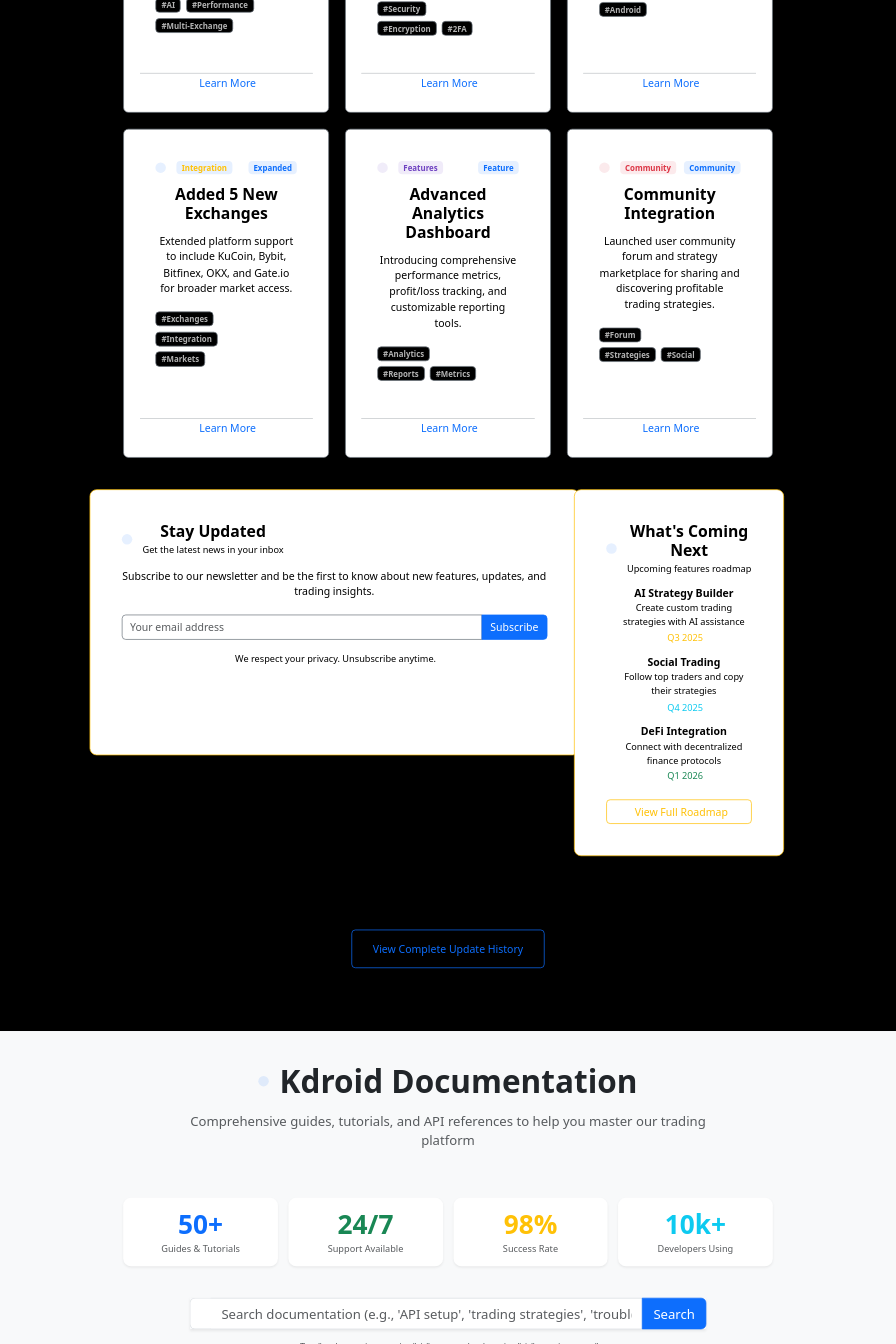
Repository: Kevin-Pro-Codes/halo-trading
Page: /
The author's editor kept a copy of each file at every save. The page is drawn from the files as they stood at one save, then again after the next save.
The browser window is 1280 px wide. The pictures show the part of the page from y = 3890 to 5810 px (the page is 19648 px tall), at 70% of full size.
The page's requests for data from a server got no answer. The project was rebuilt for these pictures with package versions that can differ from the ones it lists, and the page was loaded fresh each time. Some packages were replaced by stand-ins written for this rebuild. No one was signed in, and anything a server would have sent is missing. Also part of the build but not shown: vite.config.js, src/styles/DocStyle.css, src/styles/PricingStyle.css.

Above is the page before, as saved 2025-12-09 21:03:09.

### src/index.css
:root {
  font-family: system-ui, Avenir, Helvetica, Arial, sans-serif;
  line-height: 1.5;
  font-weight: 400;
  color-scheme: light dark;
  color: rgba(255, 255, 255, 0.87);
  background-color: #242424;
  font-synthesis: none;
  text-rendering: optimizeLegibility;
  -webkit-font-smoothing: antialiased;
  -moz-osx-font-smoothing: grayscale;
}

a {
  font-weight: 500;
  color: #646cff;
  text-decoration: inherit;
}
a:hover {
  color: #535bf2;
}


h1 {
  font-size: 3.2em;
  line-height: 1.1;
}

button {
  border-radius: 8px;
  border: 1px solid transparent;
  padding: 0.6em 1.2em;
  font-size: 1em;
  font-weight: 500;
  font-family: inherit;
  background-color: #1a1a1a;
  cursor: pointer;
  transition: border-color 0.25s;
}
button:hover {
  border-color: #646cff;
}
button:focus,
button:focus-visible {
  outline: 4px auto -webkit-focus-ring-color;
}

### src/Navbar.jsx
import React from 'react';
import haloLogo from './assets/halo.png';



const Navbar = ({ showHamburger, menuOpen, setMenuOpen }) => {
  return (
    <nav className="navbar">
      <div className="nav-content">
        <div className="nav-brand">
          <img src={haloLogo} alt="Trading Bot Logo" className="logo-img" />
        </div>

        {showHamburger ? (
          <div className="hamburger-container">
            <button
              className={`hamburger-btn ${menuOpen ? 'active' : ''}`}
              onClick={() => setMenuOpen(!menuOpen)}
              aria-label="Menu"
            >
              <span></span>
              <span></span>
              <span></span>
            </button>
          </div>
        ) : (
          <div className="nav-links">
            <button className="nav-btn">Home</button>
            <button className="nav-btn">About</button>
            <button className="nav-btn">Products</button>
            <button className="nav-btn">Contact</button>
          </div>
        )}
      </div>

      {showHamburger && menuOpen && (
        <div className="mobile-menu">
          <button className="nav-btn">Home</button>
          <button className="nav-btn">About</button>
          <button className="nav-btn">Products</button>
          <button className="nav-btn">Contact</button>
        </div>
      )}
    </nav>
  );
};

export default Navbar;

### src/components/LatestSection.jsx
import React from 'react';

const LatestSection = () => {
  const updates = [
    {
      id: 1,
      title: "Version 3.0 Launched",
      description: "Major platform upgrade with AI-powered trading signals, enhanced backtesting, and multi-exchange arbitrage capabilities.",
      category: "Platform Update",
      date: "June 2025",
      icon: "bi-rocket-takeoff-fill",
      color: "primary",
      badge: "New",
      tags: ["AI", "Performance", "Multi-Exchange"]
    },
    {
      id: 2,
      title: "Enhanced Security Framework",
      description: "Implemented advanced API key encryption, multi-factor authentication, and real-time threat detection systems.",
      category: "Security",
      date: "May 2025",
      icon: "bi-shield-check",
      color: "success",
      badge: "Enhanced",
      tags: ["Security", "Encryption", "2FA"]
    },
    {
      id: 3,
      title: "Mobile App 2.0 Released",
      description: "Redesigned mobile application with real-time notifications, advanced charting, and one-click trade execution.",
      category: "Mobile",
      date: "April 2025",
      icon: "bi-phone-fill",
      color: "info",
      badge: "Update",
      tags: ["Mobile", "iOS", "Android"]
    },
    {
      id: 4,
      title: "Added 5 New Exchanges",
      description: "Extended platform support to include KuCoin, Bybit, Bitfinex, OKX, and Gate.io for broader market access.",
      category: "Integration",
      date: "March 2025",
      icon: "bi-arrow-left-right",
      color: "warning",
      badge: "Expanded",
      tags: ["Exchanges", "Integration", "Markets"]
    },
    {
      id: 5,
      title: "Advanced Analytics Dashboard",
      description: "Introducing comprehensive performance metrics, profit/loss tracking, and customizable reporting tools.",
      category: "Features",
      date: "February 2025",
      icon: "bi-graph-up",
      color: "purple",
      badge: "Feature",
      tags: ["Analytics", "Reports", "Metrics"]
    },
    {
      id: 6,
      title: "Community Integration",
      description: "Launched user community forum and strategy marketplace for sharing and discovering profitable trading strategies.",
      category: "Community",
      date: "January 2025",
      icon: "bi-people-fill",
      color: "danger",
      badge: "Community",
      tags: ["Forum", "Strategies", "Social"]
    }
  ];

  const categories = [
    { id: "all", name: "All Updates", icon: "bi-grid", count: updates.length },
    { id: "platform", name: "Platform", icon: "bi-rocket", count: 1 },
    { id: "security", name: "Security", icon: "bi-shield", count: 1 },
    { id: "mobile", name: "Mobile", icon: "bi-phone", count: 1 },
    { id: "integration", name: "Integration", icon: "bi-arrow-left-right", count: 1 },
    { id: "features", name: "Features", icon: "bi-stars", count: 1 },
    { id: "community", name: "Community", icon: "bi-people", count: 1 }
  ];

  return (
    <section className="py-5 bg-dark text-white">
      <div className="container">
        {/* Header */}
        <div className="row justify-content-center text-center mb-5">
          <div className="col-lg-8">
            <div className="d-flex align-items-center justify-content-center mb-3">
              <div className="bg-primary bg-opacity-10 p-2 rounded-circle me-3">
                <i className="bi bi-megaphone-fill text-primary fs-3"></i>
              </div>
              <h2 className="display-5 fw-bold mb-0 text-white">Latest Updates & News</h2>
            </div>
            <p className="lead text-white-50 mb-4">
              Stay updated with the latest features, improvements, and announcements from our trading platform
            </p>
          </div>
        </div>

        {/* Stats Summary */}
        <div className="row justify-content-center mb-5">
          <div className="col-lg-10">
            <div className="row g-3">
              <div className="col-md-3 col-6">
                <div className="text-center p-3 bg-dark bg-opacity-50 border border-secondary rounded-3">
                  <div className="display-6 fw-bold text-primary mb-1">{updates.length}</div>
                  <div className="text-white-50 small">Total Updates</div>
                </div>
              </div>
              <div className="col-md-3 col-6">
                <div className="text-center p-3 bg-dark bg-opacity-50 border border-secondary rounded-3">
                  <div className="display-6 fw-bold text-success mb-1">5</div>
                  <div className="text-white-50 small">New Exchanges</div>
                </div>
              </div>
              <div className="col-md-3 col-6">
                <div className="text-center p-3 bg-dark bg-opacity-50 border border-secondary rounded-3">
                  <div className="display-6 fw-bold text-warning mb-1">3.0</div>
                  <div className="text-white-50 small">Current Version</div>
                </div>
              </div>
              <div className="col-md-3 col-6">
                <div className="text-center p-3 bg-dark bg-opacity-50 border border-secondary rounded-3">
                  <div className="display-6 fw-bold text-info mb-1">98%</div>
                  <div className="text-white-50 small">Uptime Rate</div>
                </div>
              </div>
            </div>
          </div>
        </div>

        {/* Category Filter */}
        <div className="row justify-content-center mb-4">
          <div className="col-lg-10">
            <div className="d-flex flex-wrap justify-content-center gap-2 mb-4">
              {categories.map((category) => (
                <button
                  key={category.id}
                  className="btn btn-outline-primary btn-sm px-3 py-2"
                >
                  <i className={`bi ${category.icon} me-2`}></i>
                  {category.name}
                  <span className="badge bg-primary ms-2">{category.count}</span>
                </button>
              ))}
            </div>
          </div>
        </div>

       {/* Updates Grid */}
<div className="row justify-content-center">
  <div className="col-lg-10">
    <div className="row g-4">
      {updates.map((update) => (
        <div key={update.id} className="col-md-6 col-lg-4">
          <div className="card h-100 border-secondary bg-white hover-lift transition-all">
            <div className="card-body p-4">
              <div className="d-flex justify-content-between align-items-start mb-3">
                <div className="d-flex align-items-center">
                  <div className={`bg-${update.color} bg-opacity-10 p-2 rounded-circle me-3`}>
                    <i className={`bi ${update.icon} text-${update.color} fs-5`}></i>
                  </div>
                  <span className={`badge bg-${update.color} bg-opacity-10 text-${update.color}`}>
                    {update.category}
                  </span>
                </div>
                <span className="badge bg-primary bg-opacity-10 text-primary">
                  {update.badge}
                </span>
              </div>

              <h4 className="fw-bold mb-3 text-black">{update.title}</h4>
              <p className="text-black mb-4">{update.description}</p>

              <div className="d-flex justify-content-between align-items-center mt-auto">
                <div className="d-flex flex-wrap gap-2"> {/* REMOVED: pb-5 class */}
                  {update.tags.map((tag, index) => (
                    <span key={index} className="badge bg-dark border border-secondary text-white-50 small pb-1.5">
                      #{tag}
                    </span>
                  ))}
                </div>
                <div className="text-end">
                  <div className="text-white-50 small">{update.date}</div>
                </div>
              </div>
            </div>

            {/* Card Footer */}
            <div className="card-footer bg-white border-top border-secondary pt-0">
              <button className="btn btn-link text-decoration-none p-0 text-primary">
                <i className="bi bi-arrow-right-circle me-1"></i>
                Learn More
              </button>
            </div>
          </div>
        </div>
      ))}
    </div>
  </div>
</div>

{/* Two Boxes at Bottom - FULL CONTROL */}
<div style={{
  width: '100%',
  marginTop: '3rem',
  marginBottom: '2rem'
}}>
  <div style={{
    display: 'flex',
    justifyContent: 'center'
  }}>

    {/* Left Box: Newsletter */}
    <div style={{
      marginLeft: '95px',
      minWidth: '620px',
      maxWidth: '700px'
    }}>
       <div className="card border-warning bg-white" style={{
        minWidth: '700px',
        minHeight: '380px',
        borderRadius: '10px'
      }}>
        <div className="card-body p-4">

          <div className="d-flex align-items-center mb-3">
            <div className="bg-primary bg-opacity-10 p-2 rounded-circle me-3">
              <i className="bi bi-bell-fill text-black fs-4"></i>
            </div>
            <div>
              <h4 className="fw-bold mb-1 text-black">Stay Updated</h4>
              <p className="text-black small mb-0">Get the latest news in your inbox</p>
            </div>
          </div>

          <p className="text-black mb-4">
            Subscribe to our newsletter and be the first to know about new features, updates, and trading insights.
          </p>

          <div className="mt-auto">
            <div className="input-group mb-3">
              <input
                type="email"
                className="form-control border-secondary"
                placeholder="Your email address"
              />
              <button className="btn btn-primary">Subscribe</button>
            </div>
            <small className="text-black">
              <i className="bi bi-shield-check me-1"></i>
              We respect your privacy. Unsubscribe anytime.
            </small>
          </div>
        </div>
      </div>
    </div>

    {/* Right Box: Roadmap */}
    <div style={{
      flex: 'none',
      minWidth: '500px',
      maxWidth: '700px'
    }}>
      <div className="card border-warning bg-white" style={{
        minHeight: '380px',
         marginLeft: '72px',
        borderRadius: '10px'
      }}>
        <div className="card-body p-4">

          <div className="d-flex align-items-center mb-3">
            <div className="bg-warning bg-opacity-10 p-2 rounded-circle me-3">
              <i className="bi bi-map text-warning fs-4"></i>
            </div>
            <div>
              <h4 className="fw-bold mb-1 text-black">What's Coming Next</h4>
              <p className="text-black small mb-0">Upcoming features roadmap</p>
            </div>
          </div>

          <div className="mb-4">
            <div className="d-flex align-items-start mb-3">
              <div className="text-warning me-3 mt-1"><i className="bi bi-circle-fill"></i></div>
              <div>
                <h6 className="fw-bold mb-1 text-black">AI Strategy Builder</h6>
                <p className="text-black small mb-0">Create custom trading strategies with AI assistance</p>
                <small className="text-warning"><i className="bi bi-calendar me-1"></i> Q3 2025</small>
              </div>
            </div>

            <div className="d-flex align-items-start mb-3">
              <div className="text-info me-3 mt-1"><i className="bi bi-circle-fill"></i></div>
              <div>
                <h6 className="fw-bold mb-1 text-black">Social Trading</h6>
                <p className="text-black small mb-0">Follow top traders and copy their strategies</p>
                <small className="text-info"><i className="bi bi-calendar me-1"></i> Q4 2025</small>
              </div>
            </div>

            <div className="d-flex align-items-start">
              <div className="text-success me-3 mt-1"><i className="bi bi-circle-fill"></i></div>
              <div>
                <h6 className="fw-bold mb-1 text-black">DeFi Integration</h6>
                <p className="text-black small mb-0">Connect with decentralized finance protocols</p>
                <small className="text-success"><i className="bi bi-calendar me-1"></i> Q1 2026</small>
              </div>
            </div>
          </div>

          <div className="mt-auto">
            <button className="btn btn-outline-warning w-100">
              <i className="bi bi-clock-history me-2"></i>
              View Full Roadmap
            </button>
          </div>
        </div>
      </div>
    </div>

  </div>
</div>

        {/* View All Button - Adjusted for bottom position */}
        <div className="row justify-content-center mt-5 py-5"> {/* CHANGED: Increased top margin to mt-5 and added vertical padding with py-5 */}
          <div className="col-lg-10 text-center">
            <button className="btn btn-outline-primary px-4 py-3">
              <i className="bi bi-clock-history me-2"></i>
              View Complete Update History
              <i className="bi bi-arrow-right ms-2"></i>
            </button>
          </div>
        </div>
      </div>

      {/* CSS Styling */}
      <style jsx>{`
        .bg-dark {
          background-color: #000000 !important;
        }
          .bg-white {
          background-color: #ffffffff !important;
        }
        .hover-lift {
          transition: all 0.3s ease;
        }

        .hover-lift:hover {
          transform: translateY(-5px);
          box-shadow: 0 10px 25px rgba(0, 0, 0, 0.3) !important;
          border-color: #495057 !important;
        }

        .transition-all {
          transition: all 0.3s ease;
        }

        .bg-purple {
          background-color: #6f42c1 !important;
        }

        .text-purple {
          color: #6f42c1 !important;
        }

        .bg-purple.bg-opacity-10 {
          background-color: rgba(111, 66, 193, 0.1) !important;
        }

        .bg-danger.bg-opacity-10 {
          background-color: rgba(220, 53, 69, 0.1) !important;
        }

        .text-white-50 {
          color: rgba(255, 255, 255, 0.7) !important;
        }




      `}</style>
    </section>
  );
};

export default LatestSection;

### src/Footer.jsx
import React from "react";

const Footer = () => {
  return (
    <footer className="section-black">
      <div className="section-content">
        <div className="footer-grid">
          <div className="footer-col">
            <h3>Contact</h3>
            <p>Email: support@halo.com</p>
            <p>Phone: +55 11 9987-6543</p>
            <p>Address: 456 Finance Street, Crypto City</p>
          </div>
          <div className="footer-col">
            <h3>Legal</h3>
            <p><a href="#">Risk Disclosure</a></p>
            <p><a href="#">Terms of Service</a></p>
            <p><a href="#">Privacy Policy</a></p>
          </div>
          <div className="footer-col">
            <h3>Support</h3>
            <p><a href="#">Help Center</a></p>
            <p><a href="#">API Documentation</a></p>
            <p><a href="#">Community Forum</a></p>
            <p className="mt-3"><a href="#">MetaTrader 5</a></p>
          </div>
        </div>
        <div className="footer-bottom">
          <p>
            © 2025 Halo Algo Trading. All rights reserved. Disclaimer: Trading
            involves risk. Past performance is not indicative of future results.
          </p>
          <p className="disclaimer"></p>
        </div>
      </div>
    </footer>
  );
};

export default Footer;

### src/App.css
/* Variables */
:root {
  --primary-color: #646cff;
  --primary-hover: #535bf2;
  --text-dark: black;
  --text-light: #ffffff;
  --bg-dark: black;
  --bg-light: #ffffff;
  --border-radius: 4px;
  --transition: all 0.3s ease;
}

#root {
  max-width: 100%;
  margin: auto;
  padding: 0rem;
  text-align: center;
}

/* Base Styles */
* {
  box-sizing: border-box;
  margin: 0;
  padding: 0;


}

html {
  font-size: 15px;

}



/* Typography */
h1, h2, h3, h4, h5, h6 {
  margin-bottom: 1rem;
  line-height: 1.2;
}

h2 {
  font-size: 2rem;
}

h3 {
  font-size: 1.5rem;
  margin: 1rem 0;
}

p {
  margin-bottom: 1rem;
}

ul {
  list-style: none;
  padding-left: 0;
}

/* Utility Classes */
.black-text {
  color: var(--text-dark);
}

.white-text {
  color: var(--text-light);
}

.bg-white {
  background-color: var(--bg-light);
}

.bg-black {
  background-color: var(--bg-dark);
}


section {
  padding: 3rem 0;
}

.section-content {
  max-width: 2280px;
  margin: 0 auto;
  padding: 0 1rem;
}

.section-black {
  background-color: var(--bg-dark);
  color: var(--text-light);
}

### src/styles/ConverterStyle.css
/* Add to your existing CSS */
.converter-container {
  max-width: 500px;
  margin: 0 auto;
}

.converter-card {
  background-color: white;
  padding: 2rem;
  border-radius: var(--border-radius);
}

.converter-row {
  display: flex;
  align-items: center;
  margin-bottom: 1rem;
}

.converter-row label {
  width: 80px;
  text-align: right;
  margin-right: 1rem;
}

.converter-row input {
  flex: 1;
  padding: 0.5rem;
  border-radius: var(--border-radius);
  border: 1px solid #ddd;
  background-color: var(--bg-light);
  color: var(--text-dark);
}

.converter-card label,
.converter-card .rate-display {
  color: black; /* Replace with your desired color */
  font-weight: bold;
}

.rate-display {
  text-align: center;
  margin-top: 1.5rem;
  font-size: 0.9rem;
  opacity: 0.8;
}

/* Responsive adjustments */
@media (max-width: 600px) {
  .converter-row {
    flex-direction: column;
    align-items: flex-start;
  }

  .converter-row label {
    width: 100%;
    text-align: left;
    margin-bottom: 0.5rem;
  }
}

### src/styles/GalleryStyle.css
.card {
  max-width: 300px;         /* sets a max size without using % */
  width: 100%;              /* allows it to shrink only if necessary */
  padding: 1.5rem;
  border-radius: var(--border-radius);
  margin: 1rem auto;        /* centers the card */
  text-align: center;       /* centers button inside */
  box-sizing: border-box;   /* ensures padding doesn't add to width */
}



/* Gallery */
.gallery-grid {
  display: grid;
  grid-template-columns: repeat(auto-fill, minmax(200px, 1fr));
  gap: 1rem;
  margin-top: 1rem;
}

.gallery-item {
  border: 2px solid black;     /* Outline border color */
  border-radius: 8px;            /* Rounded corners (optional) */
  padding: 16px;                 /* Inner spacing */
  text-align: center;            /* Center the text */
  font-size: 20px;
  font-family: 'Calibri', sans-serif;
  color: black !important;
  transition: 0.3s ease-in-out;  /* Smooth hover transition */
  position: relative;
  width: 100%;
  height: 10rem;
  overflow: hidden;
  border-radius: 8px;
  background-color: white;
  box-shadow: 0 0 6px white;
}


.gallery-image {
  max-width: 100%;
  max-height: 100%;
  object-fit: contain;
}



.photo-gallery {
  display: grid;
  grid-template-columns: repeat(auto-fit, minmax(200px, 1fr));
  gap: 16px;
}


.square-image-container {
  position: absolute;
  top: 0; left: 0; right: 0; bottom: 0;
  display: flex;
  justify-content: center;
  align-items: center;
  overflow: hidden;
}

### src/styles/FooterStyle.css

/* Footer */
.footer-grid {
  display: grid;
  grid-template-columns: repeat(auto-fit, minmax(200px, 1fr));

}

.footer-col a {
  color: var(--text-light);
  text-decoration: none;

}

.footer-col a:hover {
  text-decoration: underline;

}

.footer-bottom {
  text-align: center;
  padding-top: 1rem;
  border-top: 1px solid rgba(255, 255, 255, 0.1);

}

.disclaimer {

  padding-bottom: 10px;
   margin-bottom: 0px !important;
}

Loaded but not shown: index.html (common file); src/main.jsx (common file); src/components/DocSection.jsx (389 lines, source omitted); src/components/ConverterSection.jsx (399 lines, source omitted); src/components/FaqSection.jsx (283 lines, source omitted); src/components/SetupSection.jsx (300 lines, source omitted); src/components/GallerySection.jsx (302 lines, source omitted); src/components/PricingSection.jsx (314 lines, source omitted); src/components/TestimonialSection.jsx (224 lines, source omitted); src/components/IntroSection.jsx (222 lines, source omitted); src/components/PerformanceSection.jsx (184 lines, source omitted); src/App.jsx (130 lines, source omitted); src/styles/NavbarStyle.css (126 lines, source omitted); src/styles/FaqStyle.css (no stored copy; drawn as an empty file); src/styles/IntroStyle.css (no stored copy; drawn as an empty file); src/styles/LatestStyle.css (no stored copy; drawn as an empty file); src/styles/PerformanceStyle.css (no stored copy; drawn as an empty file); src/styles/SetupStyle.css (no stored copy; drawn as an empty file); src/styles/TestimonialStyle.css (no stored copy; drawn as an empty file)

After the next save:
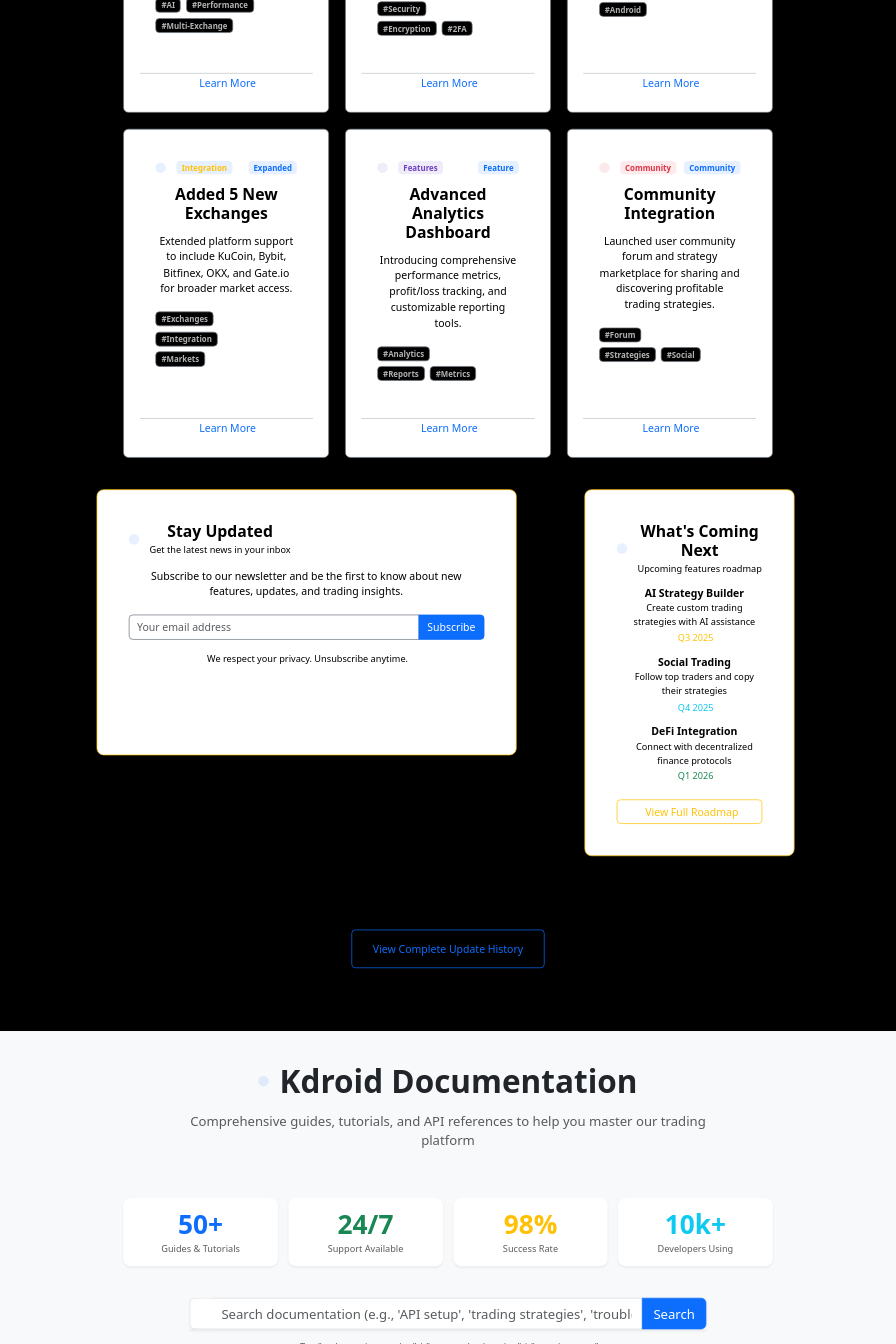
Saved 11 s later.
--- a/src/components/LatestSection.jsx
+++ b/src/components/LatestSection.jsx
@@ -215,11 +215,11 @@ const LatestSection = () => {
     {/* Left Box: Newsletter */}
     <div style={{
       marginLeft: '95px',
-      minWidth: '620px',
+      minWidth: '650px',
       maxWidth: '700px'
     }}>
        <div className="card border-warning bg-white" style={{
-        minWidth: '700px',
+        minWidth: '600px',
         minHeight: '380px',
         borderRadius: '10px'
       }}>
